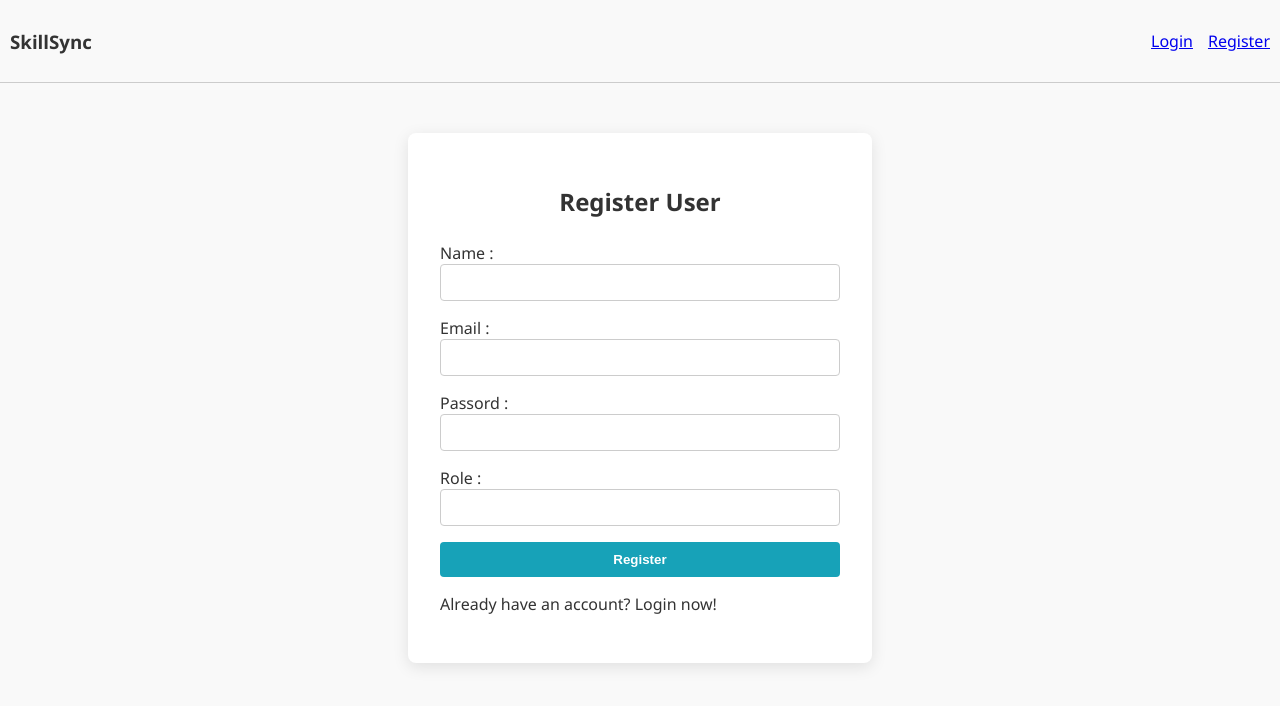
Repository: bharathabhi46/SkillSync-FrontEnd
Page: /RegisterUser
An editor plug-in stored every save of this project. The page is shown before and after the next save, followed by the edit.
The browser window is 1280 px wide. The pictures show the whole page.
The project was rebuilt for these pictures with package versions that can differ from the ones it lists, and the page was loaded fresh each time. Also part of the build but not shown: vite.config.js, src/Components/CreateUser/CreateUser.jsx, src/Components/UserList/UserList.css, src/Components/UserList/UserList.jsx, src/Components/EditUser/EditUser.jsx, src/Components/LoginUser/LoginUser.css, src/Components/LoginUser/LoginUser.jsx, src/Components/PrivateAuth/PrivateAuth.jsx and 2 more.

Above is the page before, as saved 2025-06-28 14:09:15.

After the next save:
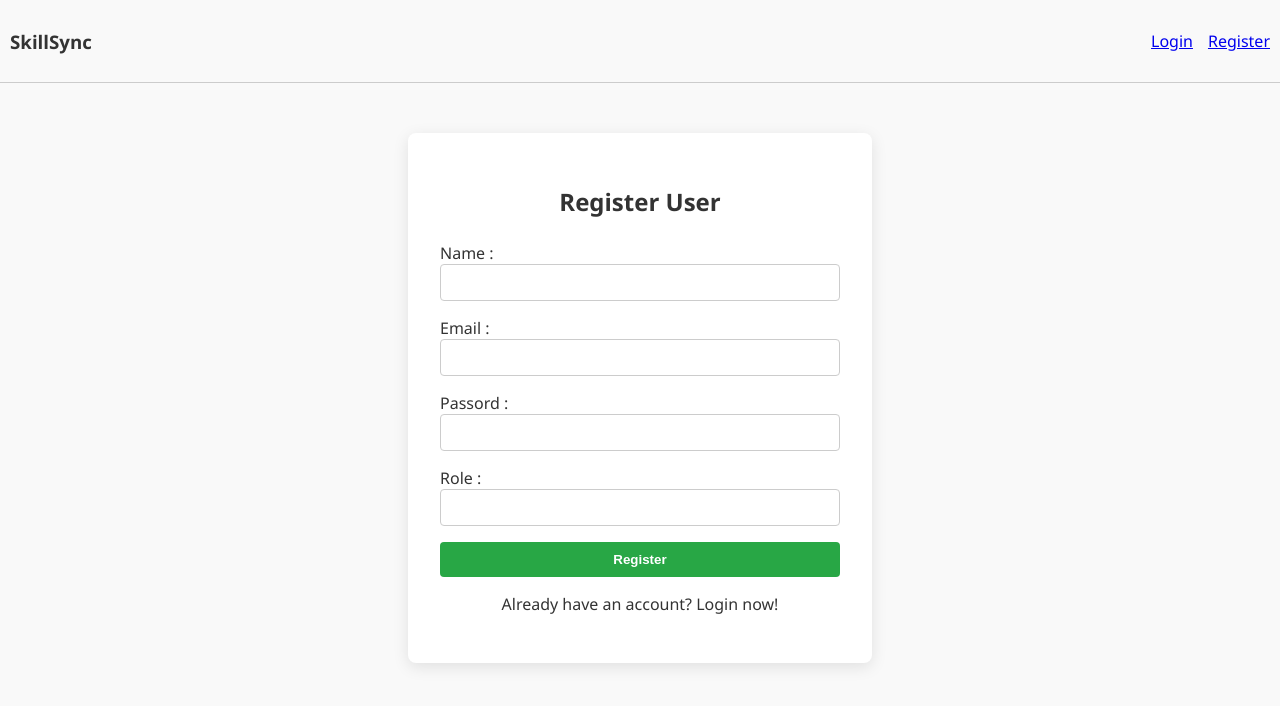
Saved 29 s later.
--- a/src/Components/RegisterUser/RegisterUser.jsx
+++ b/src/Components/RegisterUser/RegisterUser.jsx
@@ -32,7 +32,7 @@ const RegisterUser = () => {
     }));
   }
   return (
-    <div className="container">
+    <div className="register-container">
       <h2>Register User</h2>
       <form onSubmit={handleSubmit}>
         <label>Name : </label>
--- a/src/Components/RegisterUser/RegisterUser.css
+++ b/src/Components/RegisterUser/RegisterUser.css
@@ -1,4 +1,4 @@
-/* .container {
+.register-container {
   max-width: 400px;
   margin: 50px auto;
   padding: 2rem;
@@ -7,26 +7,26 @@
   border-radius: 8px;
 }
 
-.container h2 {
+.register-container h2 {
   text-align: center;
   color: #333;
   margin-bottom: 1.5rem;
 }
 
-.container form {
+.register-container form {
   display: flex;
   flex-direction: column;
 }
 
-.container input,
-.container select {
+.register-container input,
+.register-container select {
   padding: 10px;
   margin-bottom: 1rem;
   border: 1px solid #ccc;
   border-radius: 4px;
 }
 
-.container button {
+.register-container button {
   padding: 10px;
   background-color: #28a745;
   border: none;
@@ -36,11 +36,11 @@
   cursor: pointer;
 }
 
-.container button:hover {
+.register-container button:hover {
   background-color: #218838;
 }
 
-.container p {
+.register-container p {
   text-align: center;
   margin-top: 1rem;
-} */
+}
